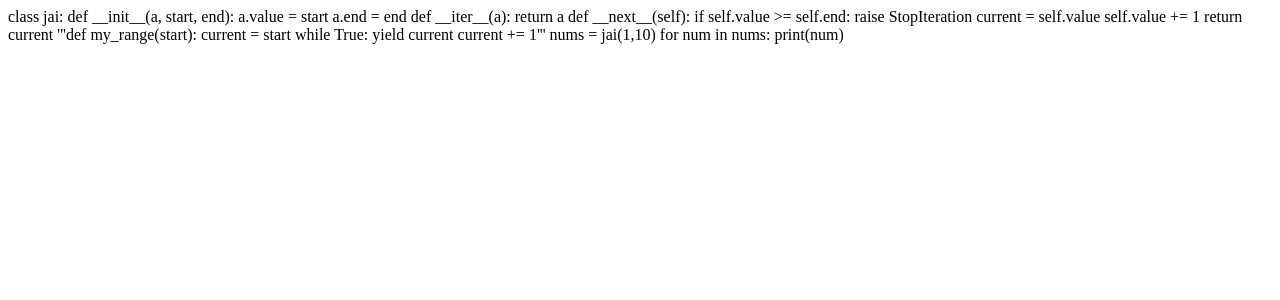
Repository: JAYAPRAKASH7541/jai7541
Page: python_sample_package/simple.html
The author's editor kept a record of every edit. The page is drawn from the files as they stood at one moment, then again after the next edit.
The browser window is 1280 px wide. The pictures show the whole page.

Above is the page before.

### python_sample_package/simple.html

class jai:

    def __init__(a, start, end):
        a.value = start
        a.end = end

    def __iter__(a):
        return a

    def __next__(self):
        if self.value >= self.end:
            raise StopIteration
        current = self.value
        self.value += 1
        return current


'''def my_range(start):
    current = start
    while True:
        yield current
        current += 1'''


nums = jai(1,10)

for num in nums:
    print(num)

After the next edit:
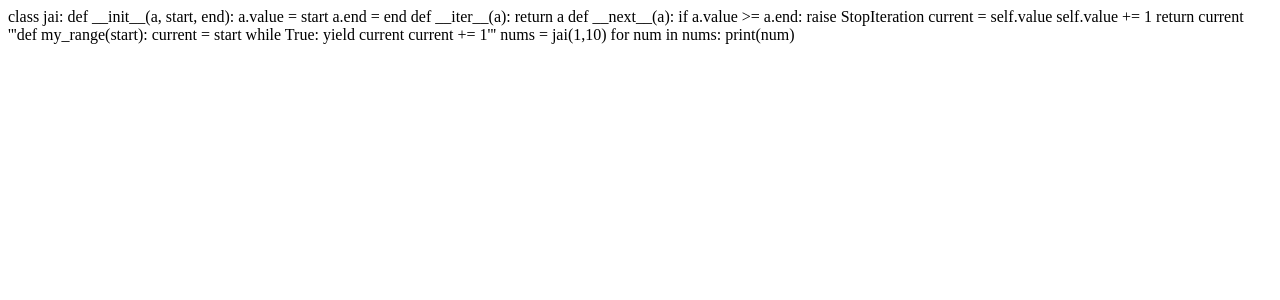
The edit:
--- a/python_sample_package/simple.html
+++ b/python_sample_package/simple.html
@@ -8,8 +8,8 @@
     def __iter__(a):
         return a
 
-    def __next__(self):
-        if self.value >= self.end:
+    def __next__(a):
+        if a.value >= a.end:
             raise StopIteration
         current = self.value
         self.value += 1
